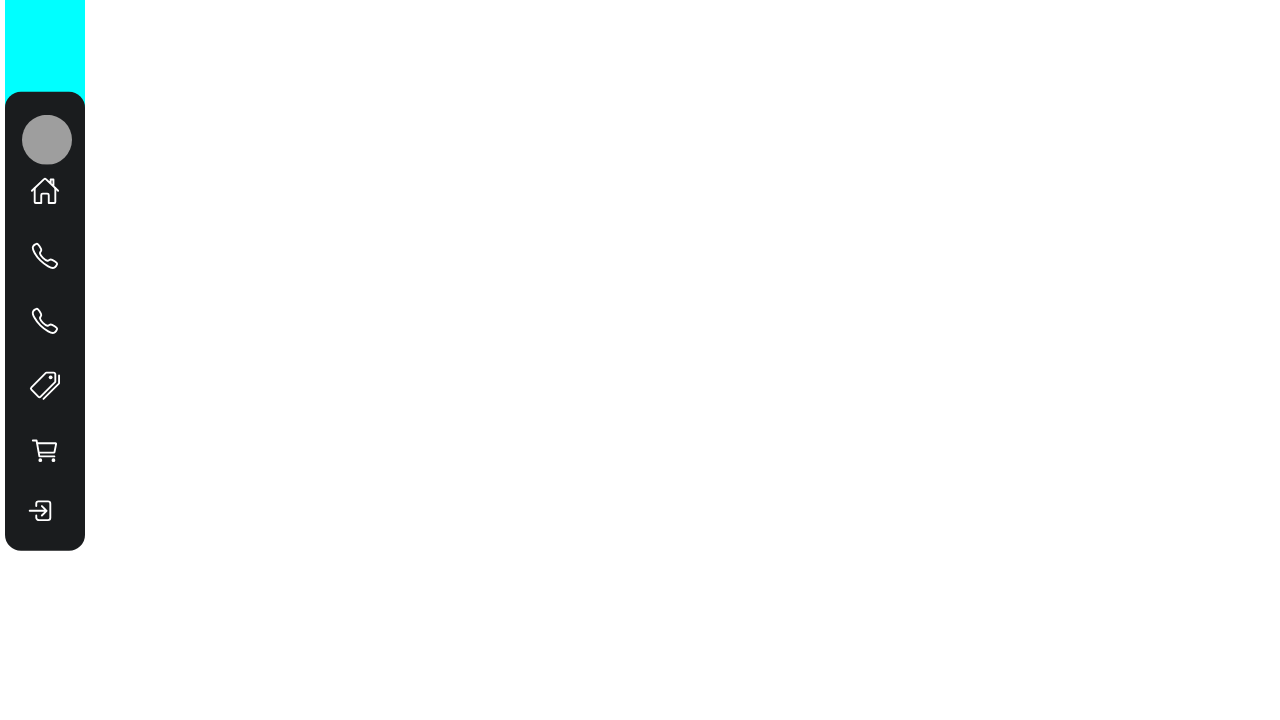
Repository: Fuocmanh/demo
Page: site/nav.html
An editor plug-in stored every save of this project. The page is shown before and after the next save, followed by the edit.
The browser window is 1280 px wide. The pictures show the whole page.
Pictures or frames that could not be fetched are drawn as grey boxes.

Above is the page before, as saved 2022-12-30 12:44:11.

After the next save:
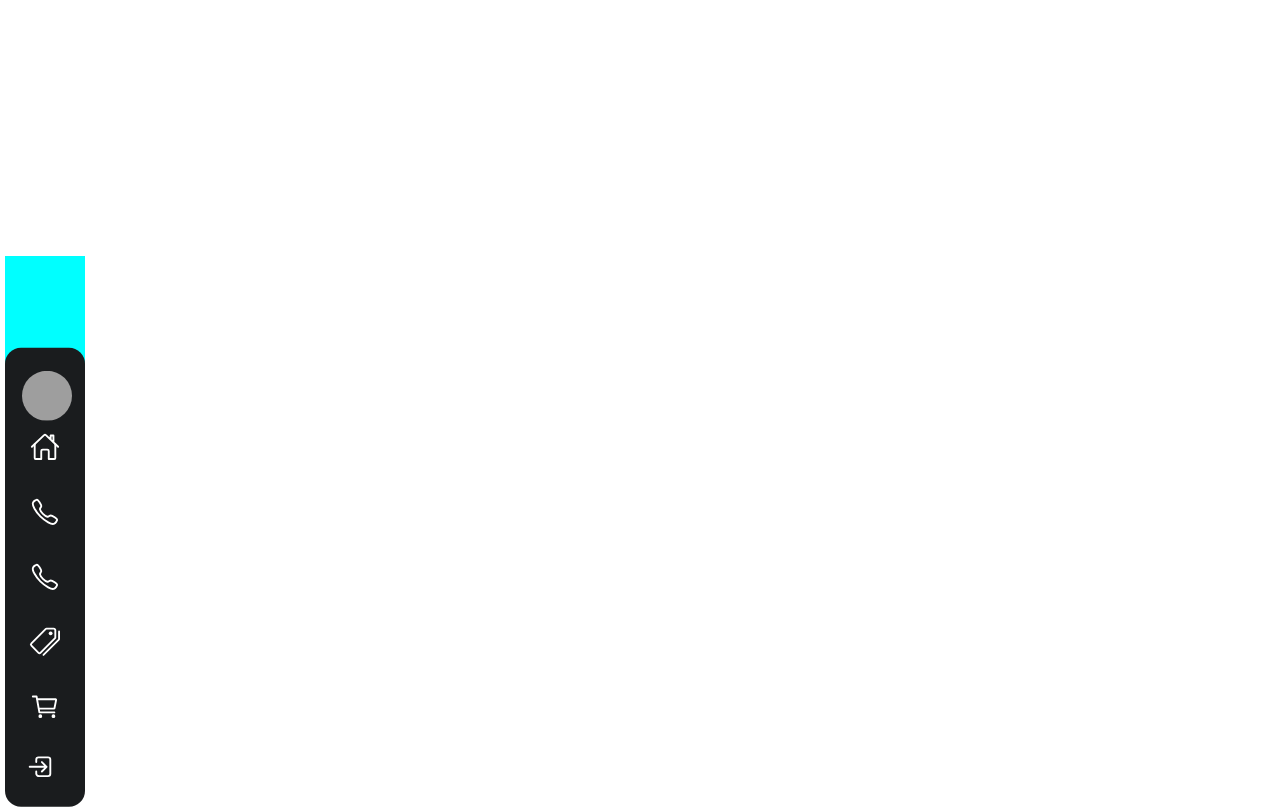
Saved 12 s later.
--- a/css/style.css
+++ b/css/style.css
@@ -17,6 +17,7 @@ html {
     background-color: aqua;
     display: flex;
     margin-left: 5px;
+    margin-top: 20%;
 }
 
 .sidebar {
